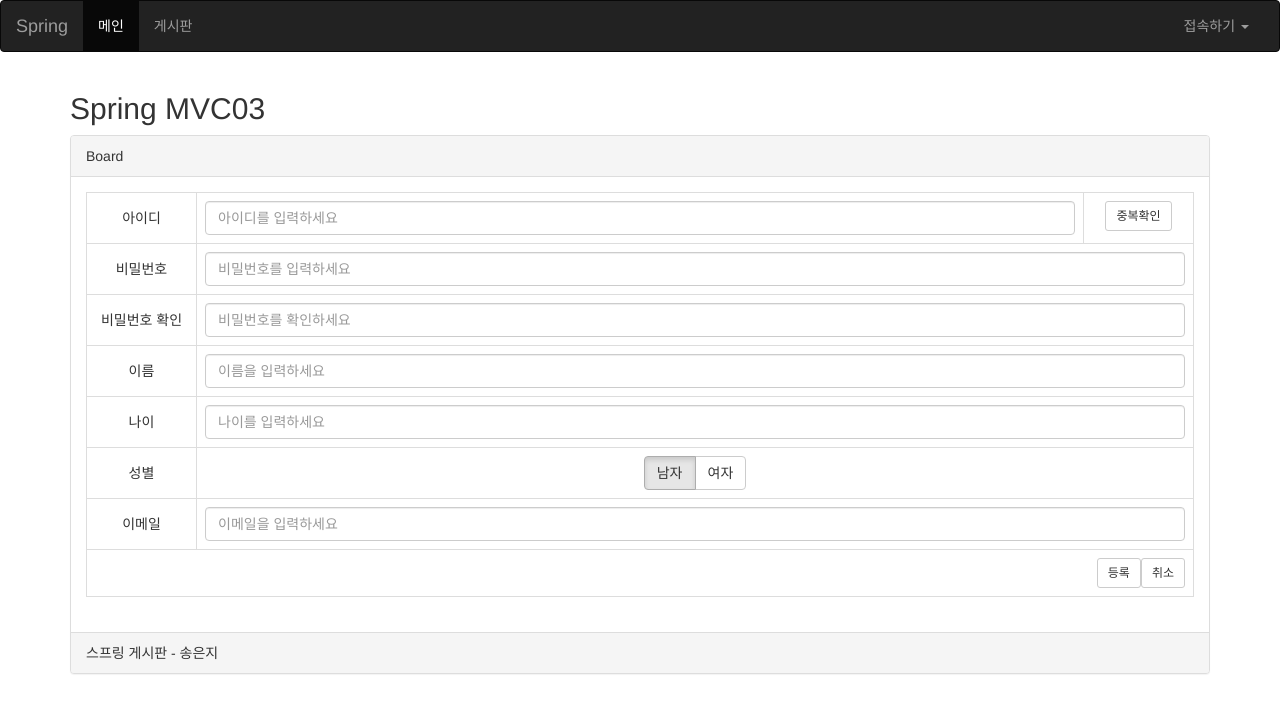
Repository: rlo-g/Spring
Page: http://localhost/SpringMVC03/WEB-INF/views/member/joinForm.jsp
An editor plug-in stored every save of this project. The page is shown before and after the next save, followed by the edit.
The browser window is 1280 px wide. The pictures show the whole page.
The page is served by Tomcat 9. Nobody is signed in. Other server files are loaded and not shown. The template is opened directly, without the code that normally fills it, so the values that code supplies are empty.

Above is the page before, as saved 2023-09-15 04:21:54.

### SpringMVC03/src/main/webapp/WEB-INF/views/member/joinForm.jsp
<%@ page language="java" contentType="text/html; charset=UTF-8"
    pageEncoding="UTF-8"%>

 <!-- jstl 가져오기 -->
<%@ taglib prefix="c" uri="http://java.sun.com/jsp/jstl/core" %>
<!-- 여러 기능이 있는 함수 가져오기 -->
<%@ taglib prefix="fn" uri="http://java.sun.com/jsp/jstl/functions" %>
<!-- contextPath 저장 -->
<c:set var="contextPath" value="${pageContext.request.contextPath }"/>

<!DOCTYPE html>
<html>
<head>
<meta charset="UTF-8">
<title>Insert title here</title>

<!-- 부트스트랩 받아온 것 -->
<link rel="stylesheet" href="https://maxcdn.bootstrapcdn.com/bootstrap/3.4.1/css/bootstrap.min.css">
<script src="https://ajax.googleapis.com/ajax/libs/jquery/3.6.4/jquery.min.js"></script>
<script src="https://maxcdn.bootstrapcdn.com/bootstrap/3.4.1/js/bootstrap.min.js"></script>

</head>
<body>
	<!-- controller와 resolver를 거쳐 jsp 파일로 오게됨 -->

	<jsp:include page="../common/header.jsp"></jsp:include>
	<div class="container">
 	 	<h2>Spring MVC03</h2>
  		<div class="panel panel-default">
    		<div class="panel-heading">Board</div>
    		<div class="panel-body">
    		<form action="">

    			<!-- db로 넘어갈 비밀번호 input 태그 -->
    			<input type="hidden" name="memPassword" id="memPassword" value="">

    			<table class="table table-bordered" style="text-align:center; border:1px solid #dddddd">
    				<tr>
    					<td style="width:110px; vertical-align:middle;">아이디</td>
    					<td><input type="text" name="memID" id="memID" class = "form-control" maxlength="20" placeholder="아이디를 입력하세요"></td>

    					<td style="width:110px;"><button type="button" onclick="idCheck()" class="btn btn-sm btn-default">중복확인</button></td>
    				</tr>

    				<tr>
    					<td style="width:110px; vertical-align:middle;">비밀번호</td>
    					<td colspan="2"><input type="password" onkeyup="pwCheck()" name="memPW1" id="memPW1" class = "form-control" maxlength="20" placeholder="비밀번호를 입력하세요"></td>
    				</tr>

    				<tr>
    					<td style="width:110px; vertical-align:middle;">비밀번호 확인</td>
    					<td colspan="2"><input type="password" onkeyup="pwCheck()" name="memPW2" id="memPW2" class = "form-control" maxlength="20" placeholder="비밀번호를 확인하세요"></td>
    				</tr>

    				<tr>
    					<td style="width:110px; vertical-align:middle;">이름</td>
    					<td colspan="2"><input type="text" name="memName" id="memName" class = "form-control" maxlength="20" placeholder="이름을 입력하세요"></td>
    				</tr>

    				<tr>
    					<td style="width:110px; vertical-align:middle;">나이</td>
    					<td colspan="2"><input type="number" name="memAge" id="memAge" class = "form-control" maxlength="20" placeholder="나이를 입력하세요"></td>
    				</tr>

    				<tr>
		               <td style="width: 110px; vertical-align: middle;">성별</td>
		               <td colspan="2">
		                  <div class="form-group" style="text-align: center; margin: 0 auto;">
		                     <div class="btn-group" data-toggle="buttons">
		                        <label class="btn btn-default active">
		                           <input type="radio" id="memGender" name="memGender" autocomplete="off" value="남자" checked="checked"> 남자
		                        </label>
		                        <label class="btn btn-default">
		                           <input type="radio" id="memGender" name="memGender" autocomplete="off" value="여자" > 여자
		                        </label>
		                     </div>
		                  </div>
		               </td>
		            </tr>

		            <tr>
    					<td style="width:110px; vertical-align:middle;">이메일</td>
    					<td colspan="2"><input type="email" name="memEmail" id="memEmail" class = "form-control" maxlength="50" placeholder="이메일을 입력하세요"></td>
    				</tr>

					<tr>
						<td colspan="3">
							<span id="pwMessage" style="color:red; float:right;"></span>
							<input type="submit" class ="btn btn-default btn-sm pull-right" value="취소">
							<input type="submit" class ="btn btn-default btn-sm pull-right" value="등록">
						</td>
					</tr>

    			</table>
    		</form>
    		</div>
    		<div class="panel-footer">스프링 게시판 - 송은지</div>
  		</div>
	</div>


  	<!-- Modal -->
	  <div class="modal fade" id="myModal" role="dialog">
	    <div class="modal-dialog modal-sm">

	      <div class="modal-content" id="checkType">
	        <div class="modal-header panel-heading">
	          <button type="button" class="close" data-dismiss="modal">&times;</button>
	          <h4 class="modal-title">메세지 확인</h4>
	        </div>
	        <div class="modal-body">
	          <p id="checkMessage"></p>
	        </div>
	        <div class="modal-footer">
	          <button type="button" class="btn btn-default" data-dismiss="modal">Close</button>
	        </div>
	      </div>

	    </div>
	  </div>




	<script type="text/javascript">

		function idCheck() {

			var memID = $("#memID").val();  // iuput에 쓴 값을 가져옴

			// 아이디 중복 체크, 자동완성 등은 비동기 방식 많이 사용
			// 입력할 때마다 서버로부터 값을 받아와서 새로고침 없이 바로 보여줌
			$.ajax({
				url : "${contextPath}/idCheck.do",  // el, jstl은 java 언어가 아님 (표현식)
				type : "get",
				data : {"memID":memID},
				success : function(data){
					// url에 보낸 data의 결과값(data)을 받아옴
					// 중복유무 확인 --> data = 1 - 사용가능, 0 - 사용불가능
					if(data == 1){
						$("#checkMessage").text("사용 가능한 아이디입니다.");   // 선택한 요소에 글자를 넣어줌
						$("#checkType").attr("class", "modal-content panel-success");

					}else{
						$("#checkMessage").text("사용할 수 없는 아이디입니다.");
						$("#checkType").attr("class", "modal-content panel-warning");
					}
					$("#myModal").modal("show");
				},
				error : function(){ alert("error"); }
			});

		}

		function pwCheck() {

			var memPW1 = $("#memPW1").val();
			var memPW2 = $("#memPW2").val();

			if (memPW1 != memPW2) {
				$("#pwMessage").html("비밀번호 확인이 일치하지 않습니다.");

			}else{
				$("#memPassword").val(memPW1)   // memPW1과 memPW2 일치 시, hidden input 태그 value안에 비밀번호 저장
				$("#pwMessage").html("");

			}
		}
	</script>



</body>
</html>

### SpringMVC03/src/main/webapp/WEB-INF/views/common/header.jsp
<%@ page language="java" contentType="text/html; charset=UTF-8"
    pageEncoding="UTF-8"%>

<!-- jstl 가져오기 -->
<%@ taglib prefix="c" uri="http://java.sun.com/jsp/jstl/core" %>
<!-- 여러 기능이 있는 함수 가져오기 -->
<%@ taglib prefix="fn" uri="http://java.sun.com/jsp/jstl/functions" %>

<!-- Context-Path 값을 내장객체 변수로 저장 -->
<!-- controller라는 context-path를 저장하고 있는 내장객체 : pageContext.request.contextPath -->
<c:set var="contextPath" value="${pageContext.request.contextPath }" />

<!DOCTYPE html>
<html>
<head>
<meta charset="UTF-8">
<title>Insert title here</title>
</head>
<body>
 <!-- 여러 페이지들에 공통적으로 들어가는 것(ex. 메뉴바)을 모아둔 파일 : common -->

 	<!-- 메뉴바 -->
	<nav class="navbar navbar-inverse">
	  <div class="container-fluid">
	    <div class="navbar-header">
	      <button type="button" class="navbar-toggle" data-toggle="collapse" data-target="#myNavbar">
	        <span class="icon-bar"></span>
	        <span class="icon-bar"></span>
	        <span class="icon-bar"></span>
	      </button>
	      <a class="navbar-brand" href="${contextPath}/">Spring</a>
	    </div>
	    <div class="collapse navbar-collapse" id="myNavbar">
	      <ul class="nav navbar-nav">
	      <!-- href(url) 작성 시, "/"를 생략하는 순간 앞에 "/controller/"(contextPath)가 생략되어 있는 것과 같음 -->
	      <!--
	      	   < href="/" 사용하고 싶을 때...>
	     		1. "/controller/"
	      		2. 내장객체 변수로 저장한 Context-Path 값을 불러옴 ${contextPath}

	           < contextPath 값을 아는 방법 >
	      		1. package 세번째 이름 /
	      		2. Servers 파일 - server.xml 파일에 path로 저장되어 있음   -->
	        <li class="active"><a href="${contextPath}/">메인</a></li>

	        <li><a href="boardMain.do">게시판</a></li>
	      </ul>

		  <ul class="nav navbar-nav navbar-right">
	         <li class="dropdown">
	            <a class="dropdown-toggle" data-toggle="dropdown" href="#">접속하기 <span class="caret"></span></a>
	            <ul class="dropdown-menu">
	              <li><a href="#">로그인</a></li>
	              <li><a href="${contextPath}/joinForm.do">회원가입</a></li>
	            </ul>
	         </li>
	      </ul>



	    </div>
	  </div>
	</nav>


</body>
</html>

After the next save:
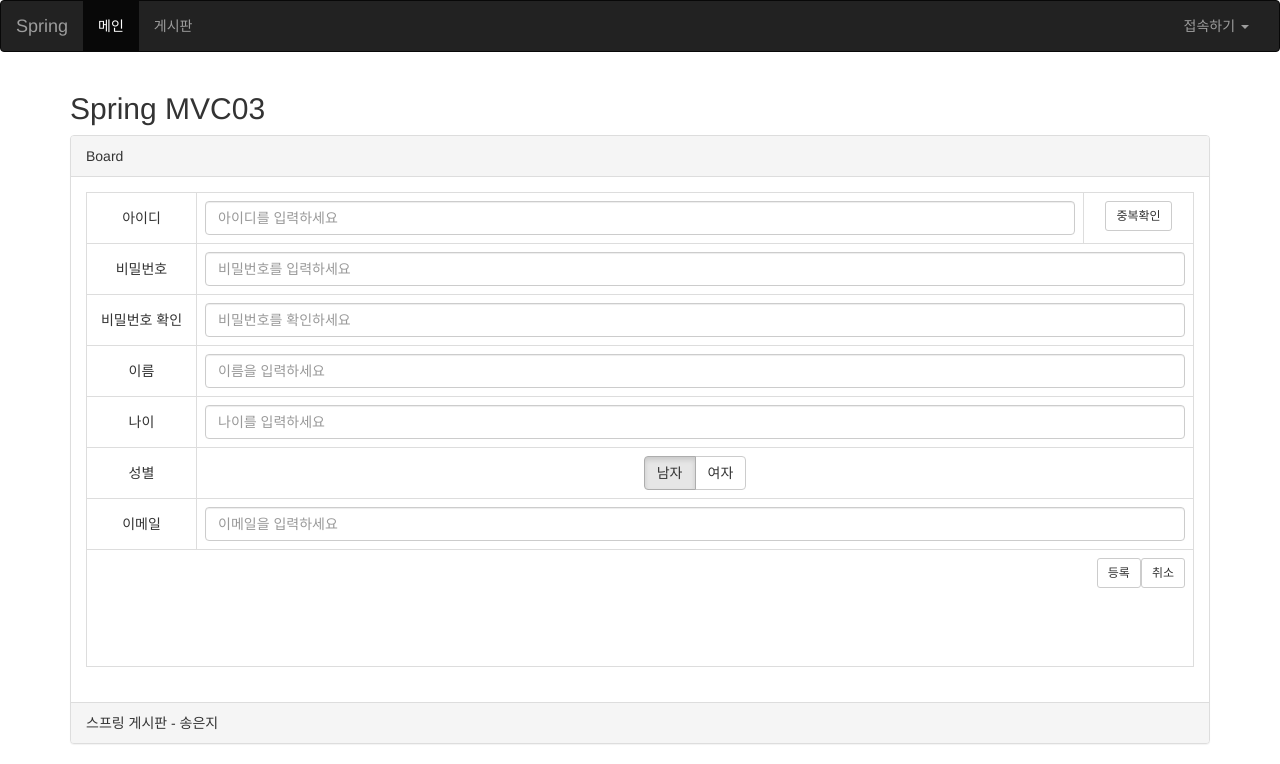
Saved 2 min 0 s later.
--- a/SpringMVC03/src/main/webapp/WEB-INF/views/member/joinForm.jsp
+++ b/SpringMVC03/src/main/webapp/WEB-INF/views/member/joinForm.jsp
@@ -85,7 +85,7 @@
 
 					<tr>
 						<td colspan="3">
-							<span id="pwMessage" style="color:red; float:right;"></span>
+							<span id="pwMessage" style="color:red; float:right; display:block; height:100px; line-height:100px;"></span>
 							<input type="submit" class ="btn btn-default btn-sm pull-right" value="취소">
 							<input type="submit" class ="btn btn-default btn-sm pull-right" value="등록">
 						</td>

After the save that followed:
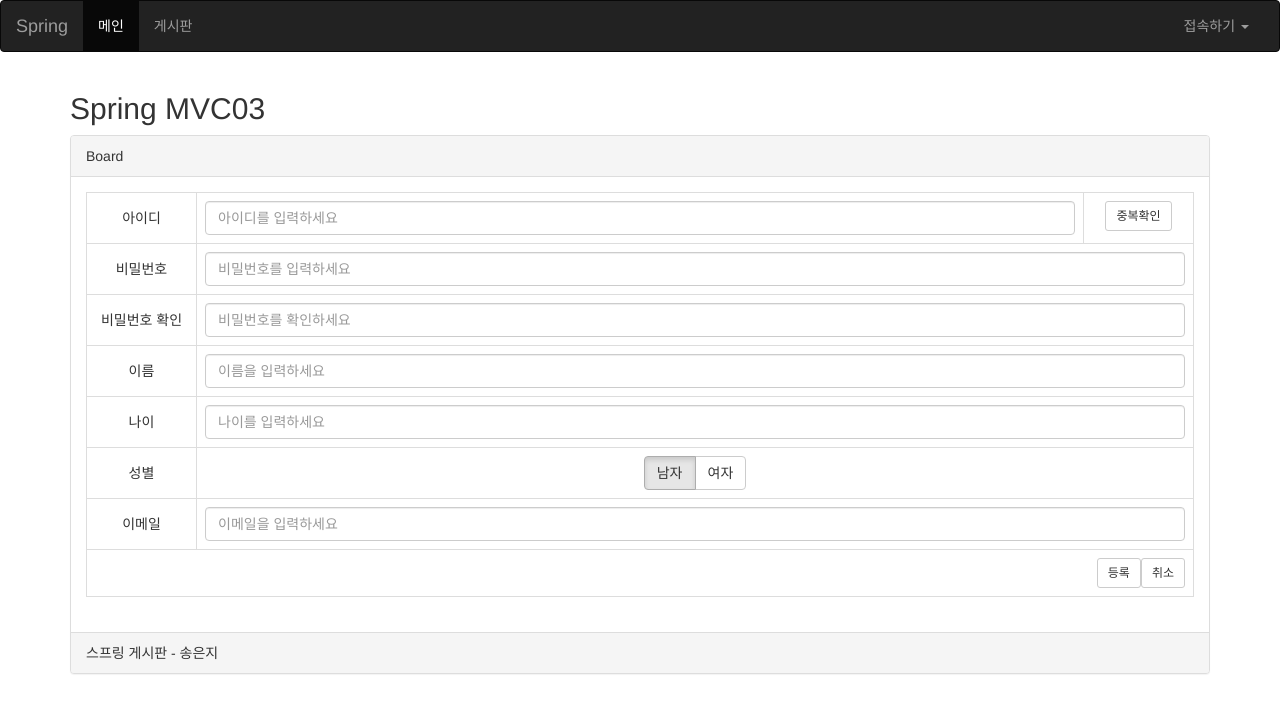
Saved 14 s later.
--- a/SpringMVC03/src/main/webapp/WEB-INF/views/member/joinForm.jsp
+++ b/SpringMVC03/src/main/webapp/WEB-INF/views/member/joinForm.jsp
@@ -85,7 +85,7 @@
 
 					<tr>
 						<td colspan="3">
-							<span id="pwMessage" style="color:red; float:right; display:block; height:100px; line-height:100px;"></span>
+							<span id="pwMessage" style="color:red; float:right; display:block;"></span>
 							<input type="submit" class ="btn btn-default btn-sm pull-right" value="취소">
 							<input type="submit" class ="btn btn-default btn-sm pull-right" value="등록">
 						</td>
